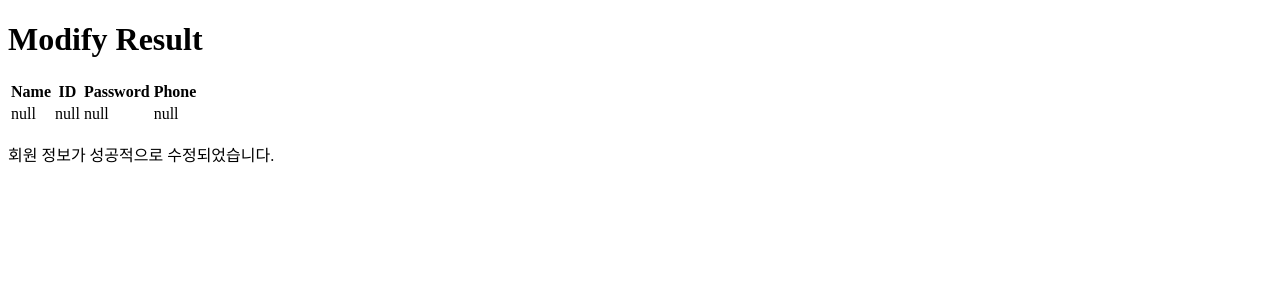
Repository: i-kemen/jsp
Page: http://localhost/WebTest/modifyResult.jsp
An editor plug-in stored every save of this project. The page is shown before and after the next save, followed by the edit.
The browser window is 1280 px wide. The pictures show the whole page.
The page is served by Tomcat 10. Other server files are loaded and not shown.

Above is the page before, as saved 2023-06-22 11:07:24.

### WebTest/src/main/webapp/modifyResult.jsp
<%@ page language="java" contentType="text/html; charset=UTF-8" pageEncoding="UTF-8" %>
<!DOCTYPE html>
<html>
<head>
    <meta charset="UTF-8">
    <title>Modify Result</title>
</head>
<body>
    <h1>Modify Result</h1>
    <%-- 수정된 회원 정보를 출력 --%>
    <table>
        <tr>
            <th>Name</th>
            <th>ID</th>
            <th>Password</th>
            <th>Phone</th>
        </tr>
        <tr>
            <td><%= session.getAttribute("name") %></td>
            <td><%= session.getAttribute("id") %></td>
            <td><%= session.getAttribute("password") %></td>
            <td><%= session.getAttribute("phone") %></td>
        </tr>
    </table>
    <p>회원 정보가 성공적으로 수정되었습니다.</p>
</body>
</html>

After the next save:
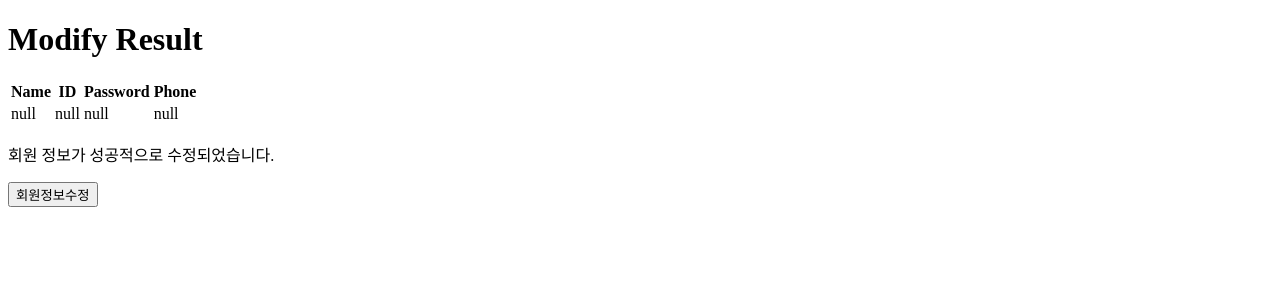
Saved 23 s later.
--- a/WebTest/src/main/webapp/modifyResult.jsp
+++ b/WebTest/src/main/webapp/modifyResult.jsp
@@ -23,5 +23,14 @@
         </tr>
     </table>
     <p>회원 정보가 성공적으로 수정되었습니다.</p>
+
+      <script>
+    function goToModifyPage() {
+        location.href = "modify.jsp";
+    }
+</script>
+
+<button onclick="goToModifyPage()">회원정보수정</button>
+
 </body>
 </html>
